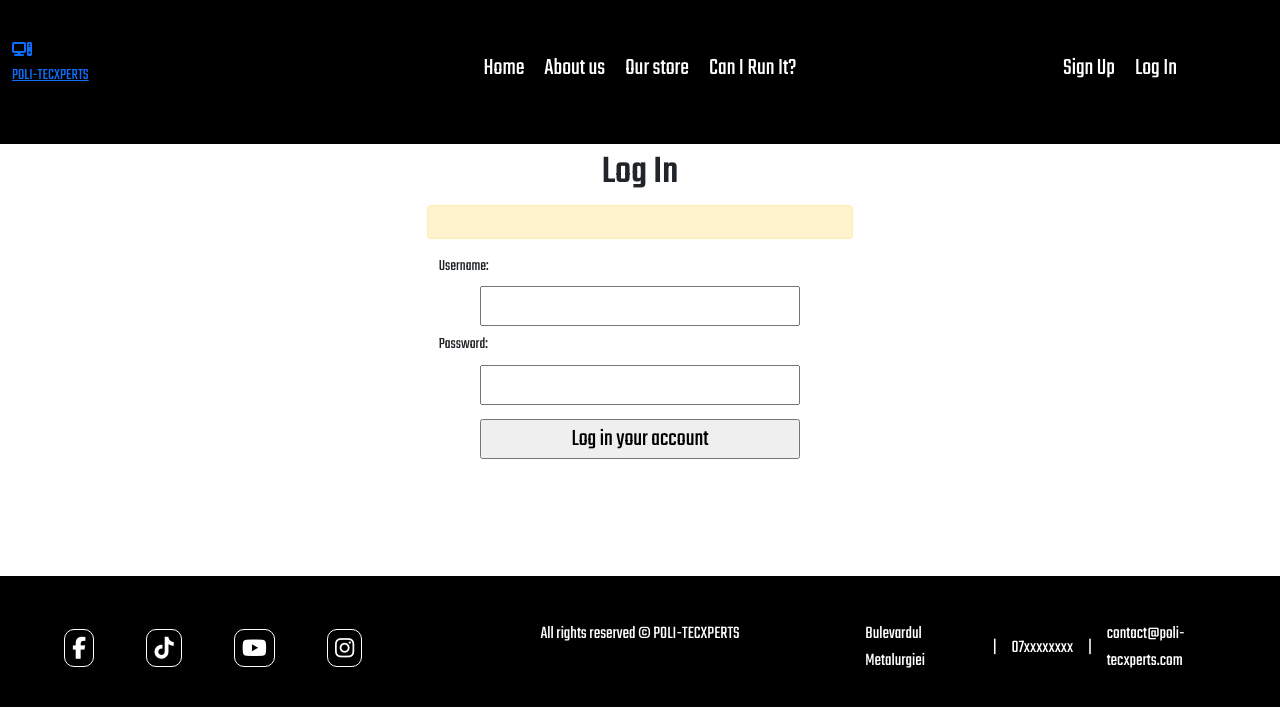
Repository: cristibtz/POLI_TECXPERTS
Page: login/login.html
The author's editor kept a copy of each file at every save. The page is drawn from the files as they stood at one save, then again after the next save.
The browser window is 1280 px wide. The pictures show the whole page.

Above is the page before, as saved 2024-04-27 17:29:12.

After the next save:
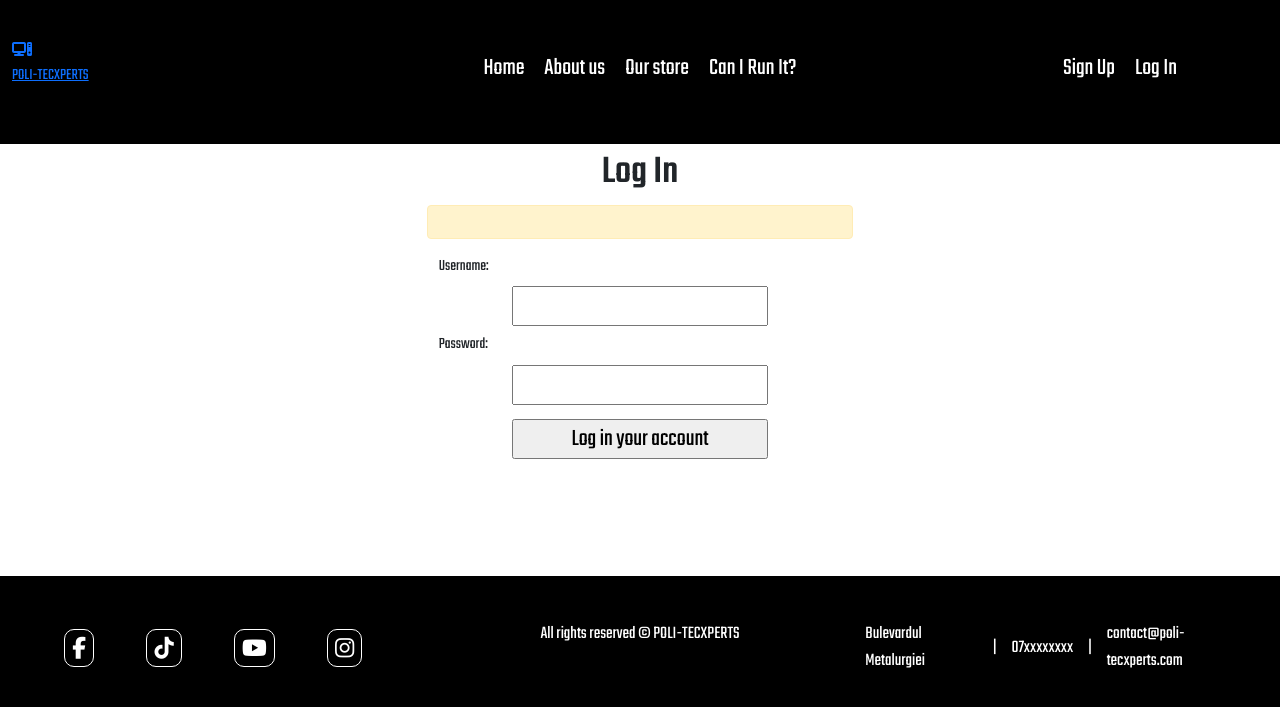
Saved 59 s later.
--- a/css/forms.css
+++ b/css/forms.css
@@ -1,6 +1,6 @@
 form .row input {
     margin: 1vh auto;
-    width: 25vw;
+    width: 20vw;
     text-align: center;
     font-size: 24px;
 
